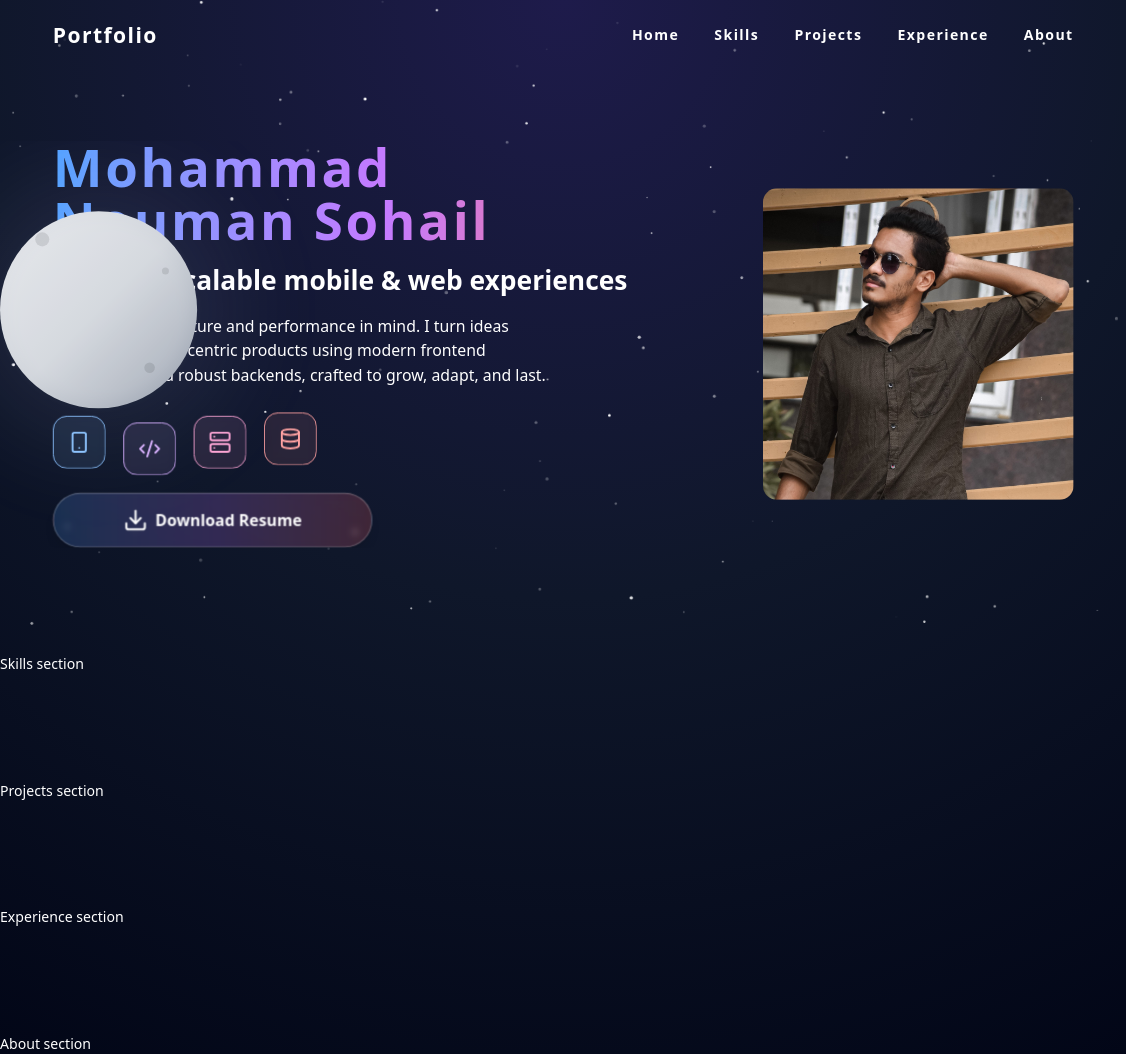
Repository: NoumanSohail/Nouman-Sohail-Portfolio
Page: /
An editor plug-in stored every save of this project. The page is shown before and after the next save, followed by the edit.
The browser window is 1280 px wide. The pictures show the whole page, at 88% of full size.
The project was rebuilt for these pictures with package versions that can differ from the ones it lists, and the page was loaded fresh each time. The framework's server and built-in components were replaced by stand-ins that run in the browser. Also part of the build but not shown: next.config.ts.

Above is the page before, as saved 2026-01-24 22:21:11.

### app/layout.tsx
import type { Metadata } from "next";
import { Geist, Geist_Mono } from "next/font/google";
import "./globals.css";
import Navbar from "./components/header/Navbar";
import StarBackground from "./components/ui/StarBackground";

const geistSans = Geist({
  variable: "--font-geist-sans",
  subsets: ["latin"],
});

const geistMono = Geist_Mono({
  variable: "--font-geist-mono",
  subsets: ["latin"],
});

export const metadata: Metadata = {
  title: "Create Next App",
  description: "Generated by create next app",
};

export default function RootLayout({
  children,
}: Readonly<{
  children: React.ReactNode;
}>) {
  return (
    <html lang="en">
      <body
        className={`${geistSans.variable} ${geistMono.variable} antialiased`}
      >
        <StarBackground />
        <Navbar />
        {children}
      </body>
    </html>
  );
}

### app/page.tsx
import React from 'react'
import Hero from './components/sections/Hero'
import Skills from './components/sections/Skills'
import Projects from './components/sections/Projects'
import Experience from './components/sections/Experience'
import About from './components/sections/About'

const page = () => {
  return (
    <div>
      <Hero />
      <Skills />
      <Projects />
      <Experience />
      <About />
    </div>
  )
}

export default page

### app/globals.css
@import "tailwindcss";

html {
  scroll-behavior: smooth;
}

body {
  overflow-x: hidden;
  position: relative;
  background: radial-gradient(circle at 50% 0%, #1e1b4b, #0f172a, #020617);
  min-height: 100vh;
}

### app/components/header/Navbar.tsx
"use client";

import { useEffect, useState } from "react";
import { navLinks } from "@/app/data";
import Link from "next/link";
import { Menu, X } from "lucide-react";

const Navbar = () => {
  const [isScrolled, setIsScrolled] = useState(false);
  const [menuOpen, setMenuOpen] = useState(false);

  useEffect(() => {
    const handleScroll = () => setIsScrolled(window.scrollY > 20);
    window.addEventListener("scroll", handleScroll);
    return () => window.removeEventListener("scroll", handleScroll);
  }, []);

  return (
    <header
      className={`fixed top-0 left-0 right-0 z-50 transition-all ${
        isScrolled
          ? "bg-transparent backdrop-blur-md border-b border-white/20 shadow-lg py-3"
          : "bg-transparent py-6"
      }`}
    >
      <div className="w-full mx-auto max-w-384 flex items-center justify-between px-5 md:px-10 lg:px-15 text-white tracking-widest">
        <h1 className="font-bold text-2xl">Portfolio</h1>

        {/* large displays like laptops */}
        <nav className="hidden lg:flex">
          {navLinks.map((links) => (
            <div key={links.name} className="flex ml-10 font-semibold">
              <Link href={links.id}>{links.name}</Link>
            </div>
          ))}
        </nav>

        {/* Mobile Hamburger */}
        <div className="lg:hidden flex items-center justify-center">
          <button
            onClick={() => setMenuOpen(!menuOpen)}
            className="text-zinc-400"
          >
            <Menu size={30} />
          </button>
        </div>

        {menuOpen && (
          <div className="fixed inset-0 h-screen flex justify-end bg-black/40 backdrop-blur-sm">
            <div className="relative h-full w-[60%] bg-[#0f172a] text-white flex items-center transition-transform duration-300 translate-x-0">
              <button
                onClick={() => setMenuOpen(false)}
                className={`absolute top right-5 md:right-10 text-white ${isScrolled ? "top-3" : "top-6"}`}
              >
                <X size={30} />
              </button>

              <nav className="flex flex-col p-10 gap-10 mt-20">
                {navLinks.map((links) => (
                  <Link
                    key={links.name}
                    href={links.id}
                    onClick={() => setMenuOpen(false)}
                    className="font-semibold"
                  >
                    {links.name}
                  </Link>
                ))}
              </nav>
            </div>
          </div>
        )}
      </div>
    </header>
  );
};

export default Navbar;

### app/components/ui/StarBackground.tsx
"use client";

import { useEffect, useRef } from "react";

const StarBackground = () => {
  const canvasRef = useRef<HTMLCanvasElement | null>(null);

  useEffect(() => {
    const canvas = canvasRef.current;
    if (!canvas) return;

    const ctx = canvas.getContext("2d");
    if (!ctx) return;

    let stars: any[] = [];
    const STAR_COUNT = 120;

    const resize = () => {
      canvas.width = window.innerWidth;
      canvas.height = window.innerHeight;
    };

    resize();
    window.addEventListener("resize", resize);

    // Create stars
    stars = Array.from({ length: STAR_COUNT }).map(() => ({
      x: Math.random() * canvas.width,
      y: Math.random() * canvas.height,
      radius: Math.random() * 1.5 + 0.5,
      speed: Math.random() * 0.3 + 0.1,
      opacity: Math.random(),
    }));

    const animate = () => {
      ctx.clearRect(0, 0, canvas.width, canvas.height);

      stars.forEach((star) => {
        star.y += star.speed;
        if (star.y > canvas.height) {
          star.y = 0;
          star.x = Math.random() * canvas.width;
        }

        ctx.beginPath();
        ctx.arc(star.x, star.y, star.radius, 0, Math.PI * 2);
        ctx.fillStyle = `rgba(255,255,255,${star.opacity})`;
        ctx.fill();
      });

      requestAnimationFrame(animate);
    };

    animate();

    return () => window.removeEventListener("resize", resize);
  }, []);

  return (
    <canvas
      ref={canvasRef}
      className="fixed inset-0 pointer-events-none -z-10"
    />
  );
};

export default StarBackground;

### app/components/sections/Hero.tsx
"use client";

import { personaldetails } from "@/app/data";
import Image from "next/image";
import me from "@/public/images/me.jpg";
import { Code2, Database, Download, Server, Smartphone } from "lucide-react";
import { motion } from "framer-motion";
import Button from "../ui/Button";

const Hero = () => {
  return (
    <section
      id="home"
      className="relative scroll-mt-40 w-full mx-auto max-w-384 px-5 md:px-10 lg:px-15 text-white mt-30 xl:mt-40 overflow-hidden"
    >
      {/* 🌙 Glowing Moon */}
      <div
        className="absolute pointer-events-none hidden lg:block
             lg:left-55 xl:left-0 top-20
             w-44 h-44 xl:w-56 xl:h-56
             rounded-full
             bg-gradient-to-br from-gray-200 via-gray-300 to-gray-400
             shadow-[0_0_120px_40px_rgba(200,200,255,0.1)]
             [animation-duration:4s]
             z-0"
      >
        {/* Moon texture */}
        <div className="absolute inset-2 rounded-full bg-white/10 blur-sm" />
        <div className="absolute top-6 left-10 w-4 h-4 rounded-full bg-black/10" />
        <div className="absolute bottom-10 right-12 w-3 h-3 rounded-full bg-black/10" />
        <div className="absolute top-16 right-8 w-2 h-2 rounded-full bg-black/10" />
      </div>

      <div className="flex flex-col lg:flex-row items-center justify-center gap-7 lg:gap-20 text-center lg:text-start">
        <div className="flex flex-col gap-5">
          <motion.div
            initial={{ x: -100, opacity: 0 }}
            whileInView={{ x: 0, opacity: 1 }}
            viewport={{ once: false, amount: 0.5 }}
            transition={{ duration: 0.5, ease: "easeOut" }}
            className="flex flex-col gap-5"
          >
            <h1
              className="font-black text-4xl lg:text-5xl xl:text-6xl tracking-wider text-balance text-transparent
                          bg-clip-text bg-linear-to-r from-blue-400 via-purple-400 to-red-400"
            >
              {personaldetails.name}
            </h1>
            <h2 className="font-semibold text-2xl lg:text-3xl">
              {personaldetails.tagline}
            </h2>
            <p className="lg:text-lg lg:text-balance">
              {personaldetails.statement}
            </p>
          </motion.div>

          <motion.div
            initial={{ scale: 0.8, opacity: 0 }}
            whileInView={{ scale: 1, opacity: 1 }}
            viewport={{ once: false, amount: 0.5 }}
            transition={{
              duration: 0.5,
              ease: "easeOut",
            }}
            className="flex flex-col gap-5 mt-5 items-center justify-center lg:items-start lg:justify-start"
          >
            <div className="flex gap-5">
              <Smartphone
                size={60}
                className="p-4 border rounded-2xl backdrop-blur-xs bg-blue-300/10 hover:scale-110
                        border-blue-300  hover:border-blue-300 text-blue-300 hover:text-blue-300
                        transition-all duration-300 animate-bounce [animation-delay:0ms]"
              />
              <Code2
                size={60}
                className="p-4 border rounded-2xl backdrop-blur-xs bg-purple-300/10 hover:scale-110
                        border-purple-300 hover:border-purple-300 text-purple-300 hover:text-purple-300
                        transition-all duration-300 animate-bounce [animation-delay:100ms]"
              />
              <Server
                size={60}
                className="p-4 border rounded-2xl backdrop-blur-xs bg-pink-300/10 hover:scale-110
                        border-pink-300 hover:border-pink-300 text-pink-300 hover:text-pink-300
                        transition-all duration-300 animate-bounce [animation-delay:200ms]"
              />
              <Database
                size={60}
                className="p-4 border rounded-2xl backdrop-blur-xs bg-red-300/10 hover:scale-110
                        border-red-300 hover:border-red-300 text-red-300 hover:text-red-300
                        transition-all duration-300 animate-bounce [animation-delay:300ms]"
              />
            </div>

            <Button
              title="Download Resume"
              onClick={() => console.log("Download")}
              icon={<Download size={28} />}
              className="bg-linear-to-r from-blue-400/20 via-purple-400/20 to-red-400/20
                        border border-white/30 p-4 w-[70%] lg:w-[50%] rounded-full md:text-lg
                        transition-all duration-300 hover:animate-pulse backdrop-blur-xs"
            />
          </motion.div>
        </div>

        <motion.div
          initial={{ x: 100, opacity: 0 }}
          whileInView={{ x: 0, opacity: 1 }}
          viewport={{ once: false, amount: 0.3 }}
          transition={{ duration: 0.5, ease: "easeOut" }}
        >
          <Image
            src={me}
            alt={personaldetails.name}
            height={350}
            width={350}
            className="rounded-2xl lg:h-3xl lg:w-3xl"
          />
        </motion.div>
      </div>
    </section>
  );
};

export default Hero;

### app/components/sections/Skills.tsx

const Skills = () => {
  return (
    <section id="skills" className="h-fit">
      <div className="text-white pt-30">Skills section</div>
    </section>
  );
};

export default Skills;

### app/components/sections/Projects.tsx

const Projects = () => {
  return (
    <section id="projects" className="h-fit">
      <div className="text-white pt-30">Projects section</div>
    </section>
  )
}

export default Projects

### app/components/sections/Experience.tsx

const Experience = () => {
  return (
    <section id="experience" className="h-fit">
      <div className="text-white pt-30">Experience section</div>
    </section>
  );
};

export default Experience;

### app/components/sections/About.tsx

const About = () => {
  return (
    <section id="about" className="h-fit">
      <div className="text-white pt-30">About section</div>
    </section>
  )
}

export default About

### app/data.tsx
export const navLinks = [
  { name: "Home", id: "/#home" },
  { name: "Skills", id: "/#skills" },
  { name: "Projects", id: "/#projects" },
  { name: "Experience", id: "/#experience" },
  { name: "About", id: "/#about" },
];

export const personaldetails = {
  name: "Mohammad Nouman Sohail",
  role: "Full Stack Mobile & Web Developer",
  tagline: "Building scalable mobile & web experiences",
  statement:
    "with clean architecture and performance in mind. I turn ideas into reliable, user-centric products using modern frontend frameworks and robust backends, crafted to grow, adapt, and last.",
};

### app/components/ui/Button.tsx
import { ReactNode } from "react";

interface ButtonProps {
  title: string;
  onClick: () => void;
  type?: "button" | "submit";
  disabled?: boolean;

  /* 🔹 Optional Icon */
  icon?: ReactNode;
  iconPosition?: "left" | "right";

  /* 🔹 External Styles */
  className?: string;
}

const Button = ({
  title,
  onClick,
  type = "button",
  disabled = false,
  icon,
  iconPosition = "left",
  className = "",
}: ButtonProps) => {
  return (
    <button
      type={type}
      onClick={!disabled ? onClick : undefined}
      disabled={disabled}
      className={`
        group
        font-semibold shadow-lg
        transition-all transform
        flex items-center justify-center gap-2
        duration-300
        ${
          disabled
            ? "bg-gray-300 text-white cursor-not-allowed opacity-70 transition-all duration-300"
            : "hover:scale-105 cursor-pointer transition-all duration-300"
        }

        ${className}
      `}
    >
      {/* ICON LEFT */}
      {icon && iconPosition === "left" && (
        <span className="button-icon flex items-center">{icon}</span>
      )}

      <span>{title}</span>

      {/* ICON RIGHT */}
      {icon && iconPosition === "right" && (
        <span className="button-icon flex items-center">{icon}</span>
      )}
    </button>
  );
};

export default Button;

After the next save:
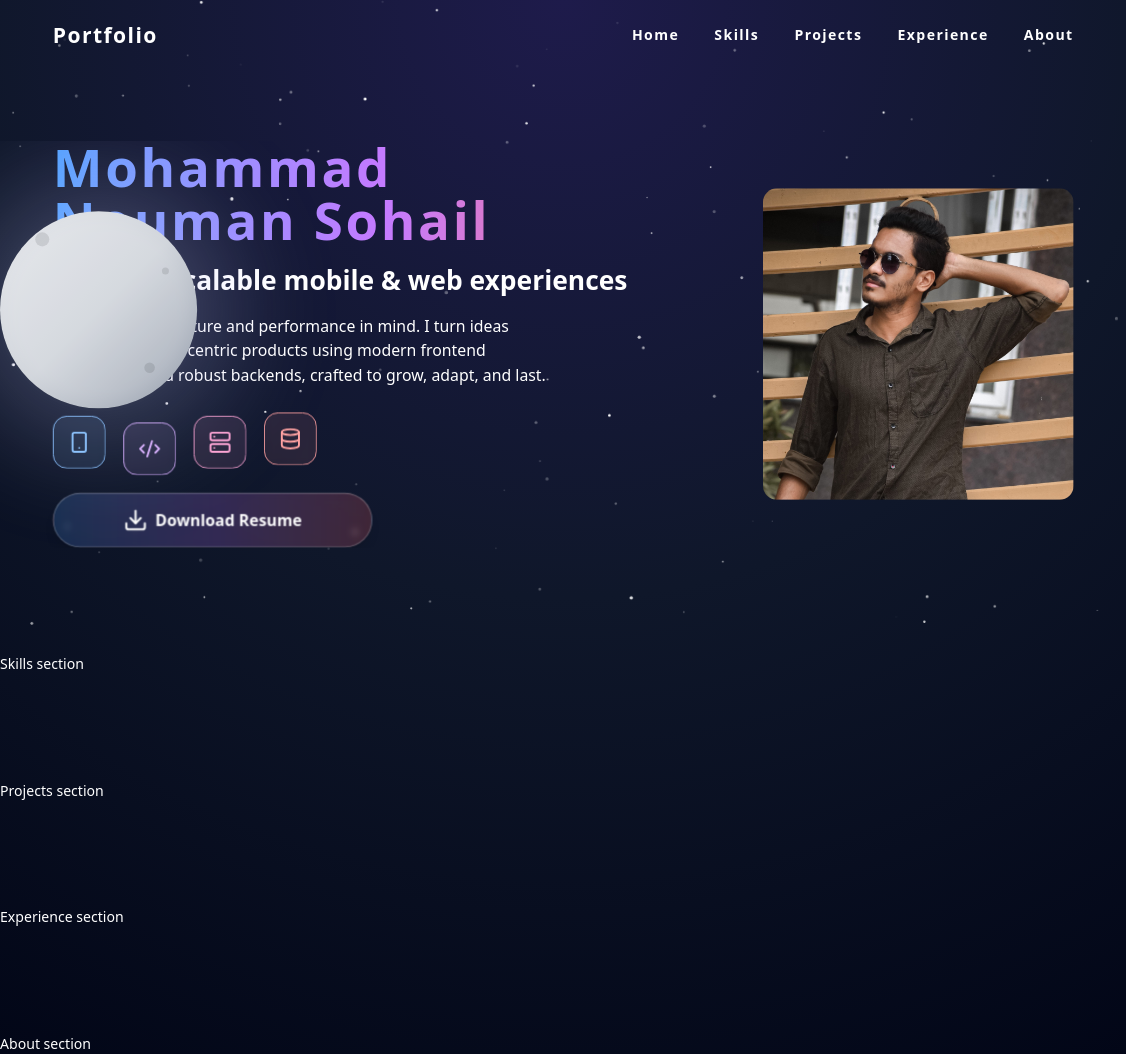
Saved 5 s later.
--- a/app/components/sections/Hero.tsx
+++ b/app/components/sections/Hero.tsx
@@ -20,7 +20,7 @@ const Hero = () => {
              w-44 h-44 xl:w-56 xl:h-56
              rounded-full
              bg-gradient-to-br from-gray-200 via-gray-300 to-gray-400
-             shadow-[0_0_120px_40px_rgba(200,200,255,0.1)]
+             shadow-[0_0_120px_40px_rgba(200,200,255,0.25)]
              [animation-duration:4s]
              z-0"
       >
